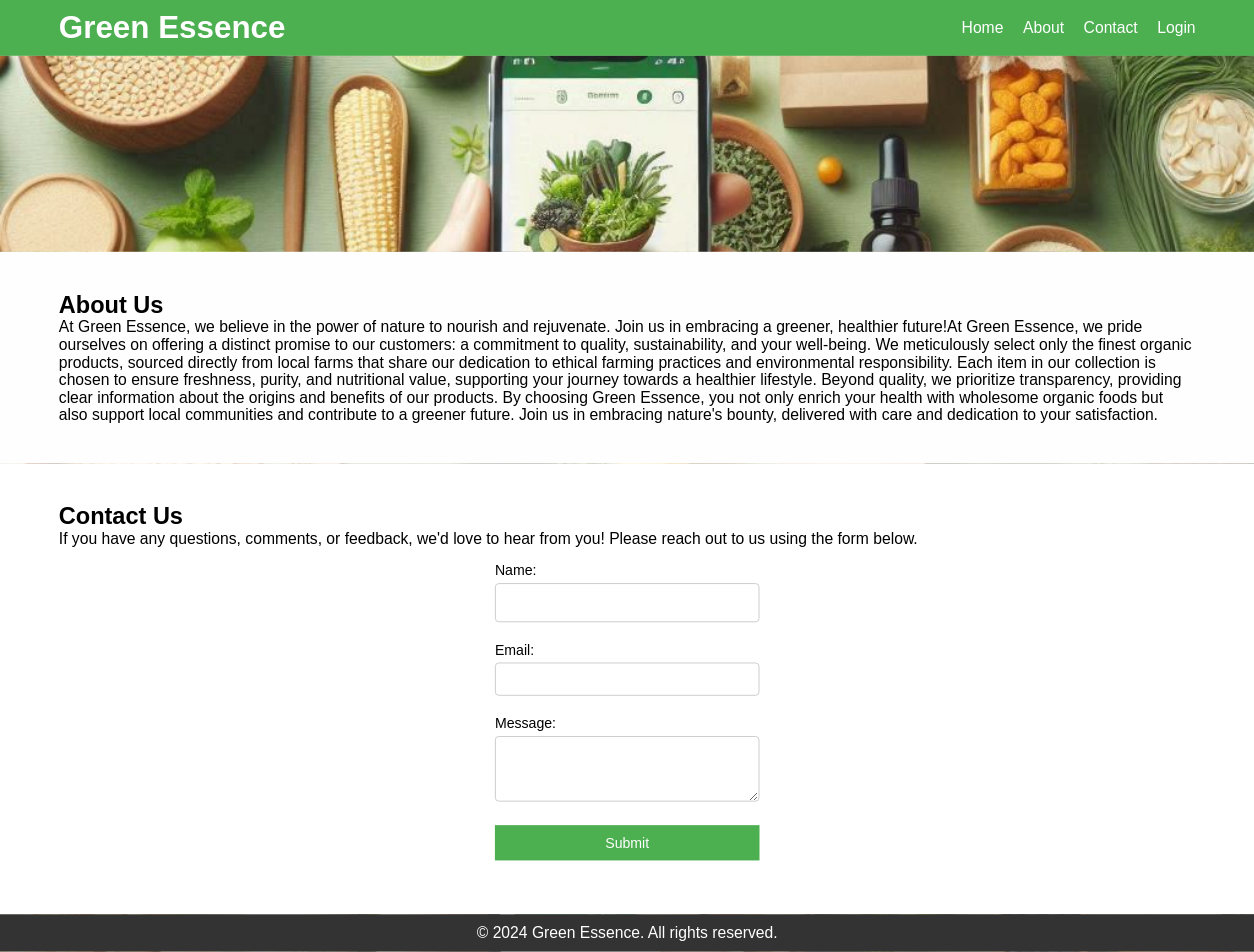
Repository: niki3210/Sahyadri
Page: Projectorganic/index.html
The author's editor kept a copy of each file at every save. The page is drawn from the files as they stood at one save, then again after the next save.
The browser window is 1280 px wide. The pictures show the whole page, at 98% of full size.
Backgrounds fixed to the window are drawn as part of the page.

Above is the page before, as saved 2024-06-21 17:49:48.

### Projectorganic/index.html
<!DOCTYPE html>
<html lang="en">
<head>
    <meta charset="UTF-8">
    <meta name="viewport" content="width=device-width, initial-scale=1.0">
    <title>Green Essence - Organic Food Products</title>
    <link rel="stylesheet" href="styles.css">

</head>
<body>
    <header>
        <div class="container">
            <h1>Green Essence</h1>
            <nav>
                <ul>
                    <li><a href="#home">Home</a></li>
                    <li><a href="#about">About</a></li>
                    <li><a href="#contact">Contact</a></li>
                    <li><a href="login.html">Login</a></li>

                </ul>
            </nav>
        </div>
    </header>

    <section id="home">
        <div class="container">




        </div>
    </section>

    <section id="about">
        <div class="container">
            <h2>About Us</h2>
            <p>At Green Essence, we believe in the power of nature to nourish and rejuvenate. Join us in embracing a greener, healthier
                future!At Green Essence, we pride ourselves on offering a distinct promise to our customers: a commitment to quality,
                sustainability, and your well-being. We meticulously select only the finest organic products, sourced directly from
                local farms that share our dedication to ethical farming practices and environmental responsibility. Each item in
                our collection is chosen to ensure freshness, purity, and nutritional value, supporting your journey towards a
                healthier lifestyle. Beyond quality, we prioritize transparency, providing clear information about the origins and
                benefits of our products. By choosing Green Essence, you not only enrich your health with wholesome organic foods
                but also support local communities and contribute to a greener future. Join us in embracing nature's bounty,
                delivered with care and dedication to your satisfaction.</p>
        </div>
    </section>

    <section id="contact">
        <div class="container">
            <h2>Contact Us</h2>
            <p>If you have any questions, comments, or feedback, we'd love to hear from you! Please reach out to us using the form below.</p>
            <div class="contact-form">
                <form action="/submit_contact" method="POST">
                    <label for="name">Name:</label>
                    <input type="text" id="name" name="name" required>
                    <div class="error" id="name-error"></div>

                    <label for="email">Email:</label>
                    <input type="email" id="contact-email" name="email" required>
                    <div class="error" id="contact-email-error"></div>

                    <label for="message">Message:</label>
                    <textarea id="message" name="message" rows="3" required></textarea>
                    <div class="error" id="message-error"></div>

                    <button type="submit">Submit</button>
                </form>
            </div>
        </div>
    </section>




<footer>
<div class="container">
    <p>&copy; 2024 Green Essence. All rights reserved.</p>
</div>


</body>
</html>

### Projectorganic/styles.css
/* Combined CSS for Home, Login, and Register Pages */

/* Reset default browser styles */
* {
    box-sizing: border-box;
    margin: 0;
    padding: 0;
}

/* Global styles */
body {
    font-family: Arial, sans-serif;
    color: black;
    margin: 0;
    padding: 0;
    box-sizing: border-box;
    min-height: 100vh; /* Ensure body extends to at least the full height of the viewport */
    display: flex;
    flex-direction: column; /* Use flexbox to make sure footer stays at the bottom */
}

/* Header styles */
header {
    background-color: #4CAF50;
    color: white;
    padding: 10px 0;
}

header .container {
    display: flex;
    justify-content: space-between;
    align-items: center;
    max-width: 1200px;
    margin: 0 auto;
    padding: 0 20px;
}

header h1 {
    margin: 0;
}

header nav ul {
    list-style: none;
    margin: 0;
    padding: 0;
    display: flex;
}

header nav ul li {
    margin-left: 20px;
}

header nav ul li a {
    color: white;
    text-decoration: none;
}

header nav ul li a:hover {
    text-decoration: underline;
}

/* Home Page Styles */
#home {
    background-image: url('backgroundhome.jpeg');
    background-size: cover;
    background-repeat: no-repeat;
    background-position: center;
    background-attachment: fixed;
    color: white;
    text-align: center;
    padding: 100px 20px;
}

section {
    padding: 60px 0;
}

.container {
    max-width: 1200px;
    margin: 0 auto;
    padding: 0 20px;
}

/* About Section */
#about {
    background-color: #fffefe;
    padding: 40px 0;
}

/* Contact Form Styles */
#contact {
    background-color: #ffffff;
    padding: 40px 0;
}
.contact-container {max-width: 320px;
    margin: 0 auto;
    padding: 15px;
    background-color: rgb(255, 255, 255);
    border-radius: 3px;
    box-shadow: 0 0 10px rgba(0, 0, 0, 0.1);
    flex: 1; /* Use flex: 1 to push footer to the bottom */
    margin-top: 30px;
    margin-bottom: 60px;
    padding: 20px;
}
form {
    max-width: 300px;
    padding: 15px;
    margin-bottom: 30px;
    margin: 0 auto;
    border-color: #4CAF50;
}

label {
    display: block;
    margin-bottom: 5px;
}

input[type="text"],
input[type="email"],
textarea {
    width: 100%;
    padding: 10px;
    margin-bottom: 10px;
    border: 1px solid #ccc;
    border-radius: 4px;
    font-size: 1em;
}

button[type="submit"] {
    background-color: #4CAF50;
    color: white;
    border: none;
    padding: 10px 20px;
    cursor: pointer;

}

button[type="submit"]:hover {
    background-color: #45a049;
}

/* Login/Register Styles */
.login-container,
.register-container {
    max-width: 320px;
    margin: 0 auto;
    padding: 15px;
    background-color: rgb(255, 255, 255);
    border-radius: 3px;
    box-shadow: 0 0 10px rgba(0, 0, 0, 0.1);
    flex: 1; /* Use flex: 1 to push footer to the bottom */
    margin-top: 30px;
    margin-bottom: 60px;
    padding: 20px;
}

body {
    font-family: Arial, sans-serif;
    background-image: url('backgroundhome.jpeg');
    background-size: cover;
    color: black;
}

.login-form, .register-form {
    padding: 15px;
    margin-bottom: 30px;
}

.login-form h2, .register-form h2 {
    text-align: center;
    margin-bottom: 15px;
    font-size: 1.5em;
}

label {
    display: block;
    margin-bottom: 5px;
    font-size: 0.9em;
}

input[type="email"],
input[type="password"] {
    width: 100%;
    padding: 8px;
    margin-bottom: 10px;
    border: 1px solid #ccc;
    border-radius: 4px;
    font-size: 0.9em;
}

.error {
    color: red;
    font-size: 0.8em;
    margin-bottom: 10px;
}

button {
    background-color: #4CAF50;
    color: white;
    border: none;
    padding: 8px 15px;
    cursor: pointer;
    transition: background-color 0.3s ease;
    width: 100%;
    font-size: 0.9em;
}

button:hover {
    background-color: #45a049;
}

/* Footer Styles */
footer {
    background-color: #333;
    color: white;
    text-align: center;
    padding: 10px 0;
    width: 100%;

}

footer a {
    color: white;
    margin: 0 10px;
    text-decoration: none;
}

footer a:hover {
    text-decoration: underline;
}

/* Pop-up Styles */
.popup {
    display: none;
    position: fixed;
    top: 20px; /* Position the pop-up near the top of the page */
    left: 50%;
    transform: translateX(-50%);
    background-color: white;
    box-shadow: 0 0 10px rgba(0, 0, 0, 0.1);
    border-radius: 8px;
    z-index: 1000;
    width: 90%; /* Make it full width with some margin */
    max-width: 320px;
    padding: 10px 20px;
}

.popup-content {
    text-align: center;
}

.popup .close {
    position: absolute;
    top: 10px;
    right: 10px;
    cursor: pointer;
    font-size: 1.5em;
}

/* Dashboard Styles */
/* Dashboard Styles */
.dashboard-main {
    flex: 1;
    padding: 20px;
}

.dashboard-section {
    background-color: #ffffff;
    padding: 20px;
    margin-bottom: 20px;
    box-shadow: 0 0 10px rgba(0, 0, 0, 0.1);
    border-radius: 8px;
    transition: transform 0.3s ease, box-shadow 0.3s ease;
}

.dashboard-section:hover {
    transform: translateY(-5px); /* Lift section on hover */
    box-shadow: 0 5px 15px rgba(0, 0, 0, 0.2); /* Add a subtle lift effect */
}

.dashboard-section h2 {
    margin-bottom: 10px;
    color: #4CAF50;
}

.sales-table {
    overflow-x: auto;
    animation: slideIn 0.5s ease; /* Slide in animation for the table */
}

.sales-table table {
    width: 100%;
    border-collapse: collapse;
}

.sales-table th, .sales-table td {
    border: 1px solid #6dfb07;
    padding: 12px; /* Increase padding for better readability */
    text-align: left;
}

.sales-table th {
    background-color: #d1f3d0d0;
    color: #4CAF50; /* Green theme color for table headers */
    text-transform: uppercase;
}

.sales-table tr:nth-child(even) {
    background-color: #f9f9f9;
}

.sales-table tr:hover {
    background-color: #f2f2f2;
}

After the next save:
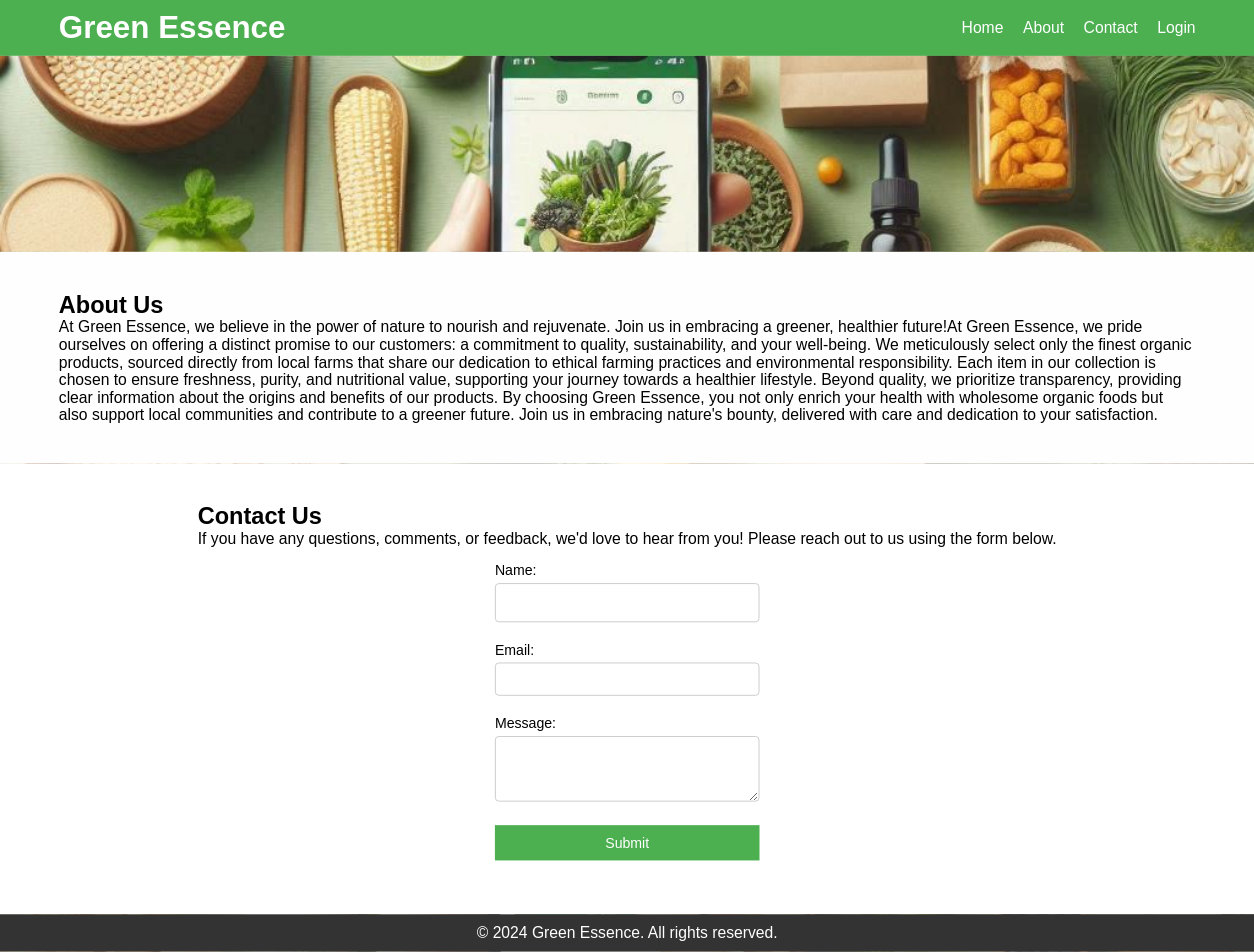
Saved 40 min 9 s later.
--- a/Projectorganic/styles.css
+++ b/Projectorganic/styles.css
@@ -91,23 +91,24 @@ section {
 #contact {
     background-color: #ffffff;
     padding: 40px 0;
-}
-.contact-container {max-width: 320px;
-    margin: 0 auto;
-    padding: 15px;
+    display: flex;
+    justify-content: flex-start; /* Align items to the left */
+    align-items: center;
+}
+
+.contact-container {
+    max-width: 320px;
+    padding: 20px;
     background-color: rgb(255, 255, 255);
     border-radius: 3px;
     box-shadow: 0 0 10px rgba(0, 0, 0, 0.1);
-    flex: 1; /* Use flex: 1 to push footer to the bottom */
-    margin-top: 30px;
-    margin-bottom: 60px;
-    padding: 20px;
-}
+    margin: 0 20px 0 0; /* Add margin to the right to separate from other content */
+}
+
 form {
     max-width: 300px;
+    margin: 0 auto;
     padding: 15px;
-    margin-bottom: 30px;
-    margin: 0 auto;
     border-color: #4CAF50;
 }
 
@@ -133,13 +134,11 @@ button[type="submit"] {
     border: none;
     padding: 10px 20px;
     cursor: pointer;
-
 }
 
 button[type="submit"]:hover {
     background-color: #45a049;
 }
-
 /* Login/Register Styles */
 .login-container,
 .register-container {
